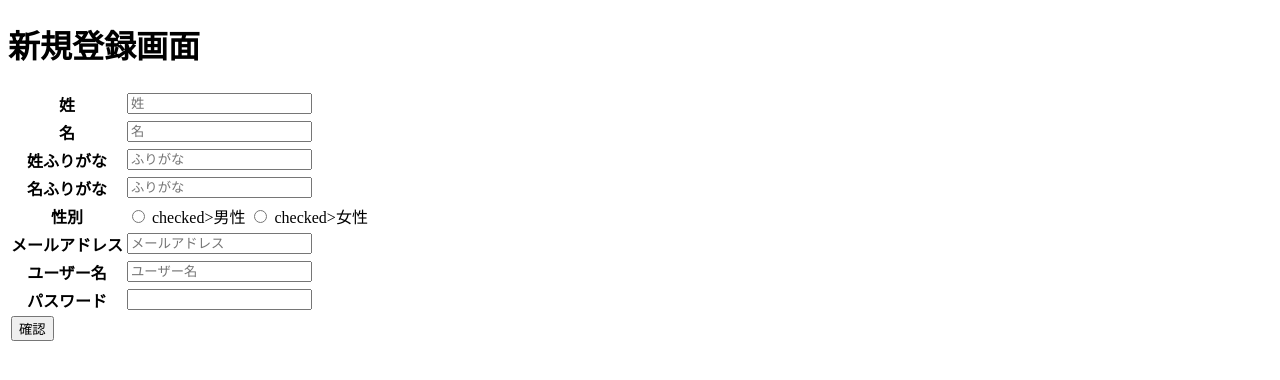
Repository: ryuhei0204/test
Page: http://localhost/Mytest/CreateAction
An editor plug-in stored every save of this project. The page is shown before and after the next save, followed by the edit.
The browser window is 1280 px wide. The pictures show the whole page.
The page is served by Tomcat 9. Other server files are loaded and not shown.

Above is the page before, as saved 2019-06-24 08:00:42.

### Mytest/WebContent/createUser.jsp
<%@ page language="java" contentType="text/html; charset=UTF-8"
    pageEncoding="UTF-8"%>
<!DOCTYPE html PUBLIC "-//W3C//DTD HTML 4.01 Transitional//EN" "http://www.w3.org/TR/html4/loose.dtd">
<html>
<head>
<meta http-equiv="Content-Type" content="text/html; charset=UTF-8">
<title>新規登録画面</title>
</head>
<body>
<h1>新規登録画面</h1>
<s:if test = "!(errorMessage.isEmpty()) && errorMessage != null">
  <s:property value = "errorMessage"/>
</s:if>

<form action = "CreateConfirmAction" method = "post">
  <table>
     <tr>
        <th>姓</th>
        <td><input type = "text" name = "sei" placeholder = "姓" value = ""/></td>
     </tr>

     <tr>
        <th>名</th>
        <td><input type = "text" name = "mei" placeholder = "名" value = ""/></td>
     </tr>

     <tr>
        <th>姓ふりがな</th>
        <td><input type = "text" name = "seikana" placeholder = "ふりがな" value = ""/></td>
     </tr>

     <tr>
        <th>名ふりがな</th>
        <td><input type = "text" name = "meikana" placeholder = "ふりがな" value = ""/></td>
     </tr>

    <tr>
		<th><label>性別</label></th>
			<td>
				<label><input type="radio" name = "seibetu" value = "0"<s:if test = 'seibetu == 0'> checked</s:if>>男性</label>
				<label><input type="radio" name = "seibetu" value = "1"<s:if test = 'seibetu == 1'> checked</s:if>>女性</label>
			</td>
	</tr>

     <tr>
        <th>メールアドレス</th>
        <td><input type = "text" name = "mail" placeholder = "メールアドレス" value = ""/></td>
     </tr>

     <tr>
        <th>ユーザー名</th>
        <td><input type = "text" name = "userId" placeholder = "ユーザー名" value = ""/></td>
     </tr>

     <tr>
        <th>パスワード</th>
        <td><input type = "password" name = "password" palceholder = "パスワード" value = ""/></td>
     </tr>

     <tr>
       <td><input type = "submit" value = "確認"/></td>
     </tr>
  </table>
</form>
</body>
</html>

After the next save:
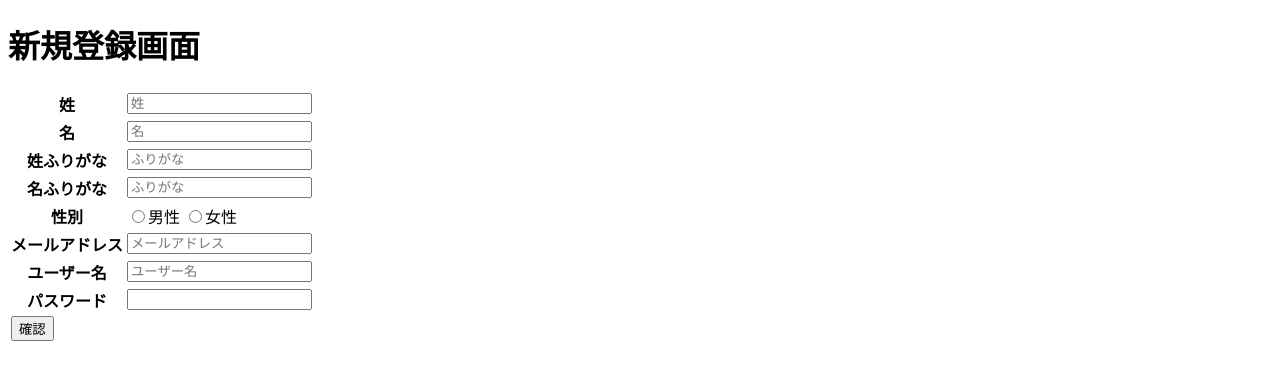
Saved 16 s later.
--- a/Mytest/WebContent/createUser.jsp
+++ b/Mytest/WebContent/createUser.jsp
@@ -1,5 +1,6 @@
 <%@ page language="java" contentType="text/html; charset=UTF-8"
     pageEncoding="UTF-8"%>
+<%@ taglib prefix = "s" uri = "/struts-tags" %>
 <!DOCTYPE html PUBLIC "-//W3C//DTD HTML 4.01 Transitional//EN" "http://www.w3.org/TR/html4/loose.dtd">
 <html>
 <head>
